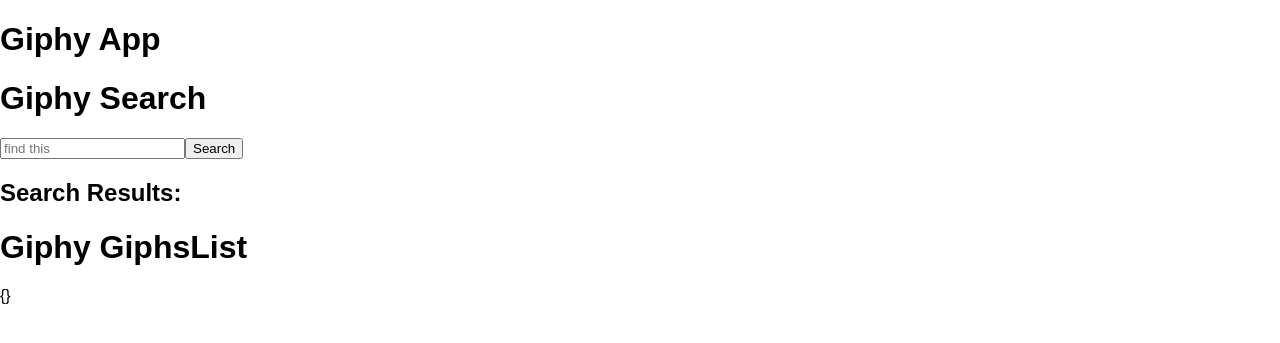
Repository: pithao/weekend-sql-to-do-react-2
Page: /
These files come from the project's save history. The page is drawn as it stood at one moment and after a run of saves; the edit follows.
The browser window is 1280 px wide. The pictures show the whole page.
The project was rebuilt for these pictures with package versions that can differ from the ones it lists, and the page was loaded fresh each time. Also part of the build but not shown: vite.config.js.

Above is the page before, as saved 2024-12-05 19:56:54.

After the next 4 saves:
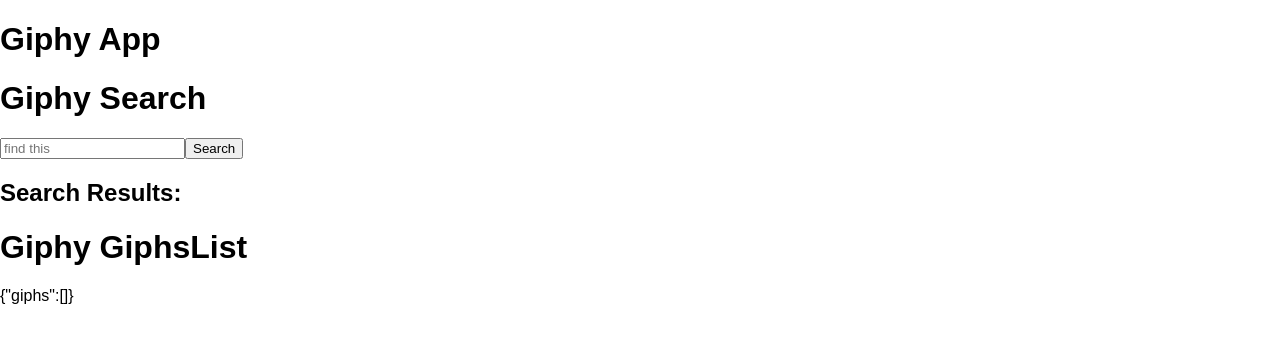
The 4 saves are shown as one change because they came seconds apart.
The last was saved 21 s later.
--- a/src/components/Search/Search.jsx
+++ b/src/components/Search/Search.jsx
@@ -37,7 +37,7 @@
         {/* <p>{ searchText }</p>
         <p>{JSON.stringify(giphs)}</p> */}
       </div>
-      <GiphsList />
+      <GiphsList giphs={ giphs }/>
     </div>
   );
 
